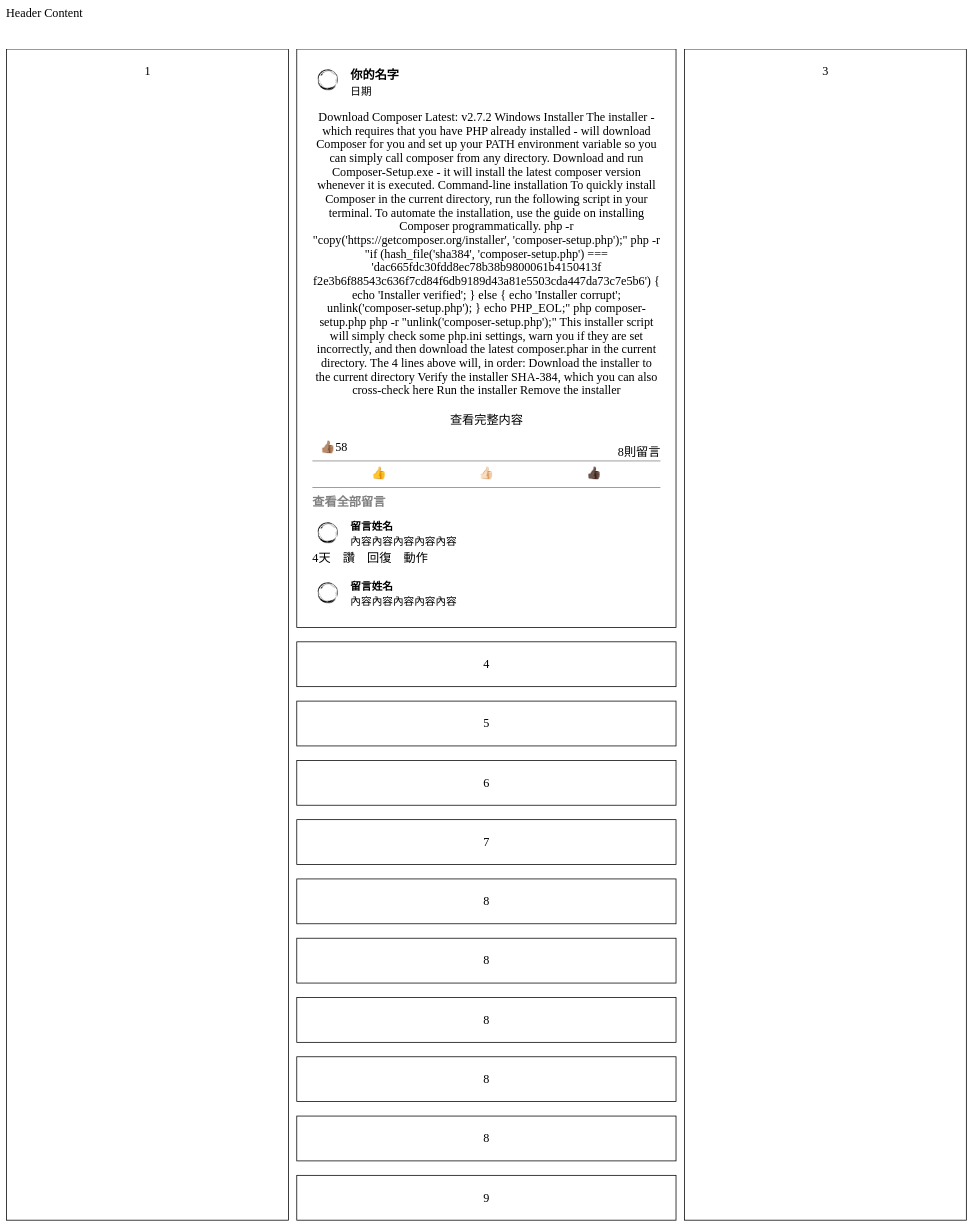
Repository: yuchiyang123/index_view
Page: http://localhost/
An editor plug-in stored every save of this project. The page is shown before and after the next save, followed by the edit.
The browser window is 1280 px wide. The pictures show the whole page, at 76% of full size.
The page is run by PHP 8.4 with error messages shown; the project is at /var/www/html/.

Above is the page before, as saved 2024-03-27 10:41:13.

### index.php
<style>
   .header {
    position: sticky;
    top: 0;
    z-index: 9996;
    grid-area: header;
    background-color: #ffffff;
    width: 100%;
    height: 56px;

}


.grid-container {

  display: grid;
  grid-template-columns: auto 500px auto;
  grid-template-rows:auto;
  grid-gap: 10px;
  display: grid;
  grid-template-areas:
    "A B C";

}

.grid-item {
  border: 1px solid #000;
  padding: 20px;
  text-align: center;

}
.first{
    grid-area: A;
    min-height: 800px;
}
.end{
    grid-area: C;
}
.mid{
    grid-area: B;
}
.limt{
    min-height: 350px;
}
.inner-grid {
    display: inline-grid;
    width: 30%;
    transition: background-color 0.3s;
    padding-top: 5px;
    padding-bottom: 10px;
    text-align: center;
}
.inner-grid:hover {
    background-color: rgba(128, 128, 128, 0.4);
}
.line{
    border-top: 1px solid gray;
    border-bottom: 1px solid gray;
}
.respond{

    padding-bottom: 8px;
    text-align: left;
    padding-left:10px;
}
.respond > div {
    display: inline-block;
}
.message{
    text-align: right;
}
.respond, .message {
    display: inline-block;
}
.container {
    display: flex;
    justify-content: space-between;
    align-items: center;
}

.popup {
    display: none;
    position: fixed;
    top: 50%;
    left: 50%;
    transform: translate(-50%, -50%);
    width: 500px;
    padding: 20px;
    background-color: #fff;
    z-index: 9998;

}

.trigger a {
    cursor: pointer;
}

.blur-background {
    filter: blur(0px);
}
.box{

}
.imgsize{
    width: 40px;
    height: auto;

}

.image-container {
    float: left;
    margin-right: 10px;
}

.text-container {
    overflow: hidden;
}
.user{

    text-align: left;
    font-weight: bold;

}
.date{
    font-size: 14px;
    text-align: left;
}
a{
    text-decoration: none;
    color: black;
}
.overlay {
    display: none;
    position: fixed;
    top: 0;
    left: 0;
    width: 100%;
    height: 100%;
    background-color: rgba(0, 0, 0, 0.5);
    z-index: 9997;
  }
  .SeeAllMessage{
    padding-top: 5px;
    text-align: left;
  }
  .SeeAllMessage a{
    text-align: left;
    color: gray;
    font-weight: bold;
  }
  .LeaveMessage{
    margin-top: 10px;
    padding-bottom : 5px;
  }

  .LeaveMessageall{
    border-radius: 5px;
    display: block;

  }
  .LeaveMessageUsernameIMG{
    width: 40px;
    height: auto;
    background-color:#ffffff;

  }
  .LeaveMessageimgdiv{
    float: left;
    margin-right: 10px;
    display: block;
  }
  .LeaveMessageUsername{
    text-align: left;
    font-size: 14px;
    font-weight: bold;
  }
  .LeaveMessageMain{
    text-align: left;
    font-size: 14px;
  }
  .LeaveMessageAction{
    text-align: left;
  }
</style>
<html>
<body>
<?php
    include('header.php');
?>
  <div id="box" class="box">
    <div class="grid-container">

      <div class="grid-item"><div class="first">1</div></div>

        <div class="mid">
          <div class="grid-item">
            <div class="limt">
            <div class="image-container">
                <img src="img/2-1.png" class="imgsize">
                        </div>
                <div class="text-container">
                    <div class="user"><a href="#"><div><a href="#">你的名字</a></div></a></div>
                    <div class="date"><div><a href="#">日期</a></div></div>
                </div>
                <div class="clearfix"></div>
                <p class="main">
                Download Composer Latest: v2.7.2
                    Windows Installer
                    The installer - which requires that you have PHP already installed - will download Composer for you and set up your PATH environment variable so you can simply call composer from any directory.

                    Download and run Composer-Setup.exe - it will install the latest composer version whenever it is executed.

                    Command-line installation
                    To quickly install Composer in the current directory, run the following script in your terminal. To automate the installation, use the guide on installing Composer programmatically.

                    php -r "copy('https://getcomposer.org/installer', 'composer-setup.php');"
                    php -r "if (hash_file('sha384', 'composer-setup.php') === 'dac665fdc30fdd8ec78b38b9800061b4150413f
                    f2e3b6f88543c636f7cd84f6db9189d43a81e5503cda447da73c7e5b6') { echo 'Installer verified'; } else { echo 'Installer corrupt'; unlink('composer-setup.php'); } echo PHP_EOL;"
                    php composer-setup.php
                    php -r "unlink('composer-setup.php');"
                    This installer script will simply check some php.ini settings, warn you if they are set incorrectly, and then download the latest composer.phar in the current directory. The 4 lines above will, in order:

                    Download the installer to the current directory
                    Verify the installer SHA-384, which you can also cross-check here
                    Run the installer
                    Remove the installer<div class="trigger"><a href="#">查看完整内容</a></div>
                </p>
                <div class="container">
                    <div class="respond"><a href="#">👍🏽</a><div><a href="#">58</a></div></div>
                    <div class="message"><div><a href="#">8則留言</a></div></div>
                </div>
                <div class="line">
                    <div class="inner-grid">👍</div>
                    <div class="inner-grid">👍🏻</div>
                    <div class="inner-grid">👍🏿</div>
                </div>
                <div class="SeeAllMessage"><a href="#">查看全部留言</a></div>
                <div class="LeaveMessage">
                    <div><a href="#"></a></div>
                    <div>
                        <div class="LeaveMessageimgdiv">
                            <img src="img/2-1.png" class="LeaveMessageUsernameIMG">
                        </div>
                        <div class="LeaveMessageall">
                            <div class="LeaveMessageUsername">
                                留言姓名
                            </div>
                            <div class="LeaveMessageMain">
                                內容內容內容內容內容
                            </div>
                        </div>
                        <div class="LeaveMessageAction"><a href="#">4天</a>&emsp;<a href="#">讚</a>&emsp;<a href="#">回復</a>&emsp;<a href="#">動作</a></div>
                    </div>
                </div>
                <div class="LeaveMessage">
                    <div><a href="#"></a></div>
                    <div><div class="LeaveMessageimgdiv"><img src="img/2-1.png" class="LeaveMessageUsernameIMG"></div><div class="LeaveMessageUsername">留言姓名</div><div class="LeaveMessageMain">內容內容內容內容內容</div></div>
                </div>
            </div>
        </div><br>
          <div class="grid-item">4</div><br>
          <div class="grid-item">5</div><br>
          <div class="grid-item">6</div><br>
          <div class="grid-item">7</div><br>
          <div class="grid-item">8</div><br>
          <div class="grid-item">8</div><br>
          <div class="grid-item">8</div><br>
          <div class="grid-item">8</div><br>
          <div class="grid-item">8</div><br>
          <div class="grid-item">9</div>
          <div class="overlay" id="overlay"></div>
          <div id="popup" class="popup">
        <div class="content">
        <div class="image-container">
            <img src="img/2-1.png" class="imgsize">
        </div>
        <div class="text-container">
            <div class="user"><a href="#"><div><a href="#">你的名字</a></div></a></div>
            <div class="date"><div><a href="#">日期</a></div></div>
        </div>
        <div class="clearfix"></div>
            <p class="main">
                Download Composer Latest: v2.7.2
                    Windows Installer
                    The installer - which requires that you have PHP already installed - will download Composer for you and set up your PATH environment variable so you can simply call composer from any directory.

                    Download and run Composer-Setup.exe - it will install the latest composer version whenever it is executed.

                    Command-line installation
                    To quickly install Composer in the current directory, run the following script in your terminal. To automate the installation, use the guide on installing Composer programmatically.

                    php -r "copy('https://getcomposer.org/installer', 'composer-setup.php');"
                    php -r "if (hash_file('sha384', 'composer-setup.php') === 'dac665fdc30fdd8ec78b38b9800061b4150413f
                    f2e3b6f88543c636f7cd84f6db9189d43a81e5503cda447da73c7e5b6') { echo 'Installer verified'; } else { echo 'Installer corrupt'; unlink('composer-setup.php'); } echo PHP_EOL;"
                    php composer-setup.php
                    php -r "unlink('composer-setup.php');"
                    This installer script will simply check some php.ini settings, warn you if they are set incorrectly, and then download the latest composer.phar in the current directory. The 4 lines above will, in order:

                    Download the installer to the current directory
                    Verify the installer SHA-384, which you can also cross-check here
                    Run the installer
                    Remove the installer
            </p>
        <div class="container">
            <div class="respond"><a href="#">👍🏽</a><div><a href="#">58</a></div></div>
            <div class="message"><div><a href="#">8則留言</a></div></div>
        </div>
            <div class="line">
            <div class="inner-grid">👍</div>
            <div class="inner-grid">👍🏻</div>
            <div class="inner-grid">👍🏿</div>
        </div>
        </div>
            <!--div class="close"><a href="#">关闭</a></div-->
        </div>
        </div>

            <div class="grid-item"><div class="end">3</div></div>
        </div>
    </div>
  </div>
  <script>
    var overlay = document.getElementById('overlay');
    var trigger = document.querySelector('.trigger a');
    var popup = document.getElementById('popup');
    var header = document.querySelector('.header');
    trigger.addEventListener('click', function(event) {
        event.preventDefault();
        popup.style.display = 'block';
        header.style.backgroundColor = 'rgba(0, 0, 0, 0.000001)';
        overlay.style.display = 'block';
        popup.style.border = '1px solid gray';
        popup.style.boxShadow = '0px 0px 15px rgba(0, 0, 0, 0.7)';
        /*
        document.body.classList.add('blur-background');
        popup.style.filter = 'none';// 移除 body 元素的模糊效果*/
    });
    var closeBtn = document.querySelector('.close a');
    /*
    closeBtn.addEventListener('click', function(event) {
        event.preventDefault();
        popup.style.display = 'none';
        popup.style.boxShadow = 'none';
    });
    */
    overlay.addEventListener('click', function(event) {
        event.preventDefault();
        event.stopPropagation();
        popup.style.display = 'none';
        overlay.style.display = 'none' ;
        popup.style.boxShadow = 'none';
        header.style.backgroundColor = '#ffffff';
    });
  </script>
</body>
</html>

### header.php
<style>
   .header {
    position: sticky; /* 将标题栏固定在容器内 */
    top: 0; /* 将标题栏固定在容器的顶部 */
    z-index: 9999; /* 确保标题栏位于其他内容的上层 */
    /* 其他样式，例如背景颜色、文本样式等 */
    grid-area: header;
    background-color: #ffffff;
    width: 100%; /* 设置标题栏的宽度为100%，使其填满整个屏幕 */
    height: 56px;

}
</style>
<header class="header">Header Content</header>

After the next save:
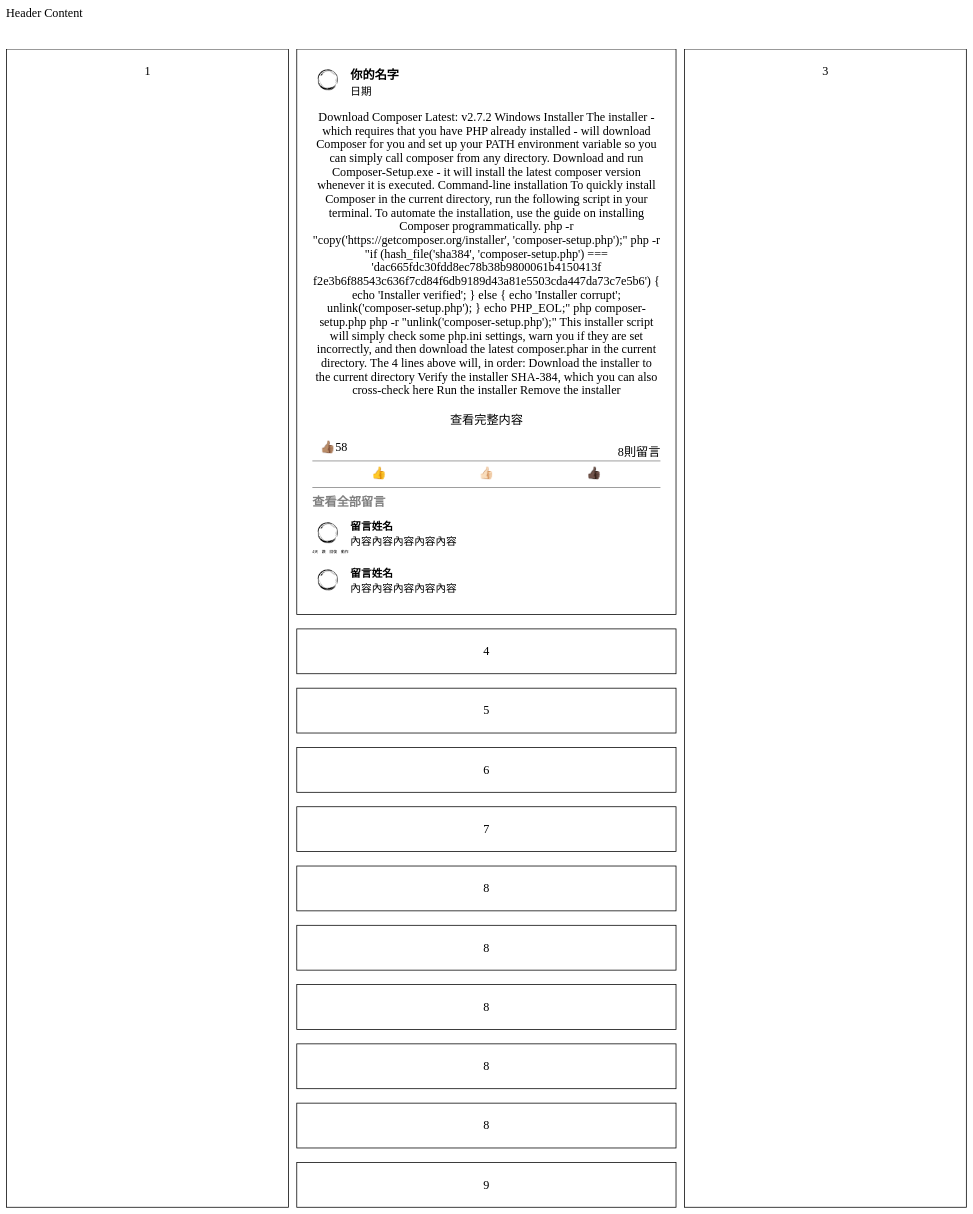
Saved 19 s later.
--- a/index.php
+++ b/index.php
@@ -179,6 +179,7 @@ a{
     font-size: 14px;
   }
   .LeaveMessageAction{
+    font-size: 5px;
     text-align: left;
   }
 </style>
